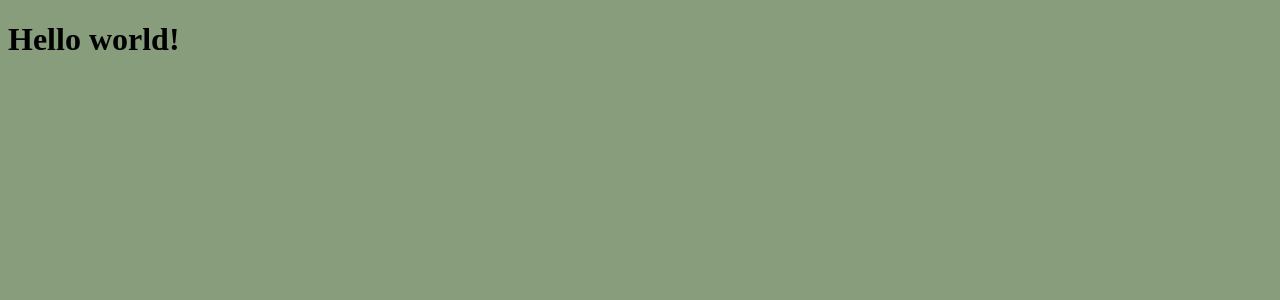
Repository: Kruthardh11/qr-code-component
Page: public/index.html
These files come from the project's save history. The page is drawn as it stood at one moment and after the next save; the edit follows.
The browser window is 1280 px wide. The pictures show the whole page.

Above is the page before, as saved 2023-05-03 21:44:06.

After the next save:
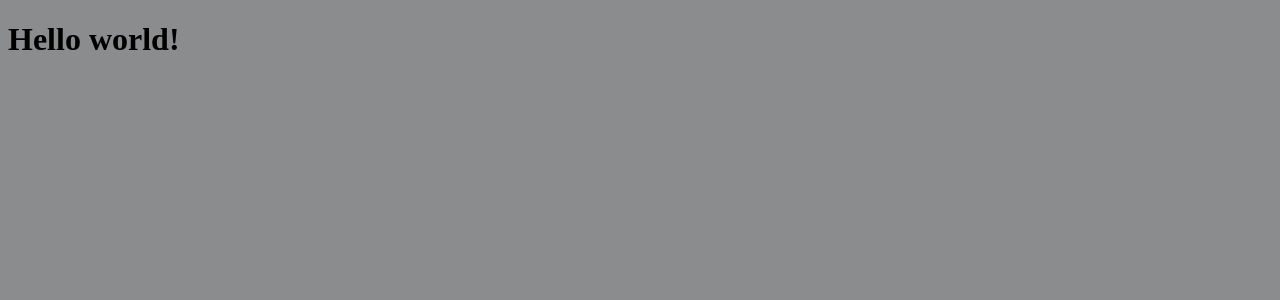
Saved 14 s later.
--- a/public/styles.css
+++ b/public/styles.css
@@ -1,3 +1,3 @@
 body{
-  background-color: hsl(100, 15%, 55%);
+  background-color: hsl(220, 1%, 55%);
 }
